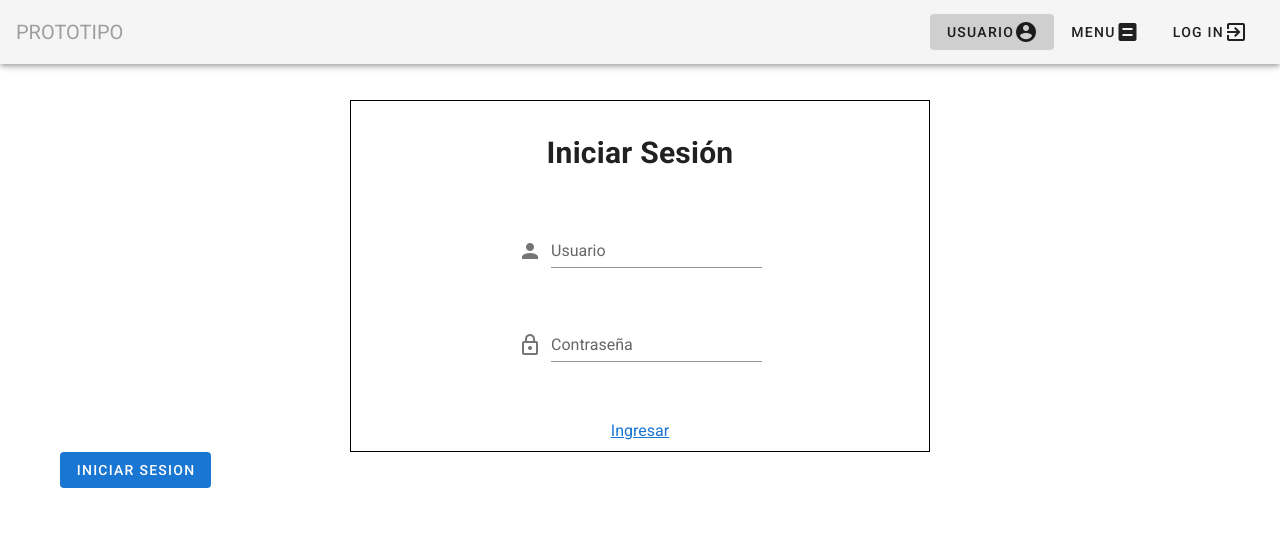
Repository: YojayDeHorta/Administrador-con-filtros
Page: /
The author's editor kept a copy of each file at every save. The page is drawn from the files as they stood at one save, then again after a run of saves.
The browser window is 1280 px wide. The pictures show the whole page.
The project was rebuilt for these pictures with package versions that can differ from the ones it lists, and the page was loaded fresh each time. Also part of the build but not shown: vue.config.js, src/components/Login.vue, src/views/Options.vue, src/components/Filtro.vue, src/components/CrudClientes.vue, src/views/Filter.vue.

Above is the page before, as saved 2021-09-25 16:56:56.

After the next 2 saves:
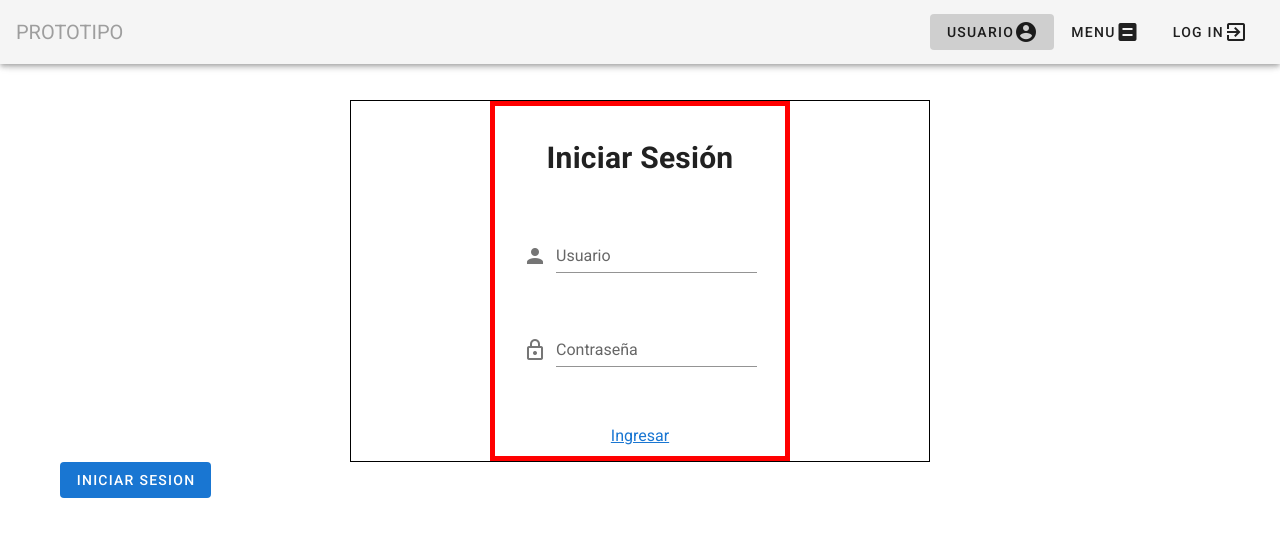
The 2 saves are shown as one change because they came seconds apart.
The last was saved 16 s later.
--- a/src/components/Tabs_Login.vue
+++ b/src/components/Tabs_Login.vue
@@ -67,7 +67,7 @@
     }
 
     .form-login {
-        /*border: 5px solid red;*/
+        border: 5px solid red;
         width: 300px;
     }
 
